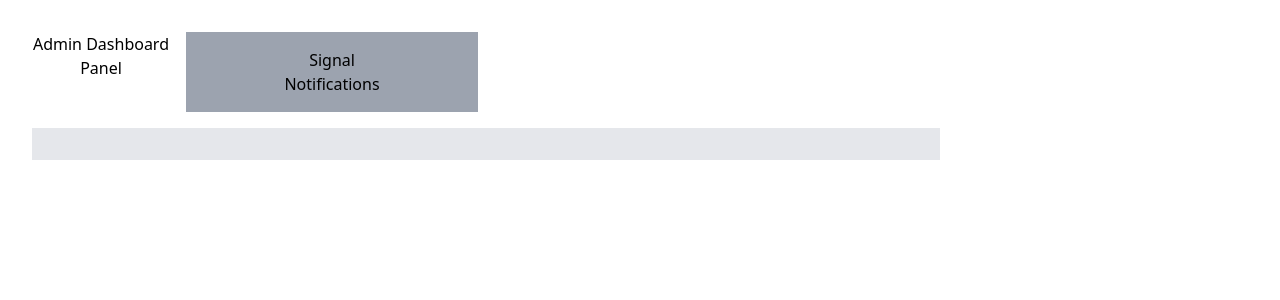
Repository: RahmanRakib9/Aurora-client-side
Page: /
The author's editor kept a copy of each file at every save. The page is drawn from the files as they stood at one save, then again after a run of saves.
The browser window is 1280 px wide. The pictures show the whole page.
The project was rebuilt for these pictures with package versions that can differ from the ones it lists, and the page was loaded fresh each time. Also part of the build but not shown: vite.config.js, src/components/home/Sidebar.jsx, src/components/home/Signal.jsx, src/components/home/Notification.jsx.

Above is the page before, as saved 2023-05-12 02:24:55.

After the next 3 saves:
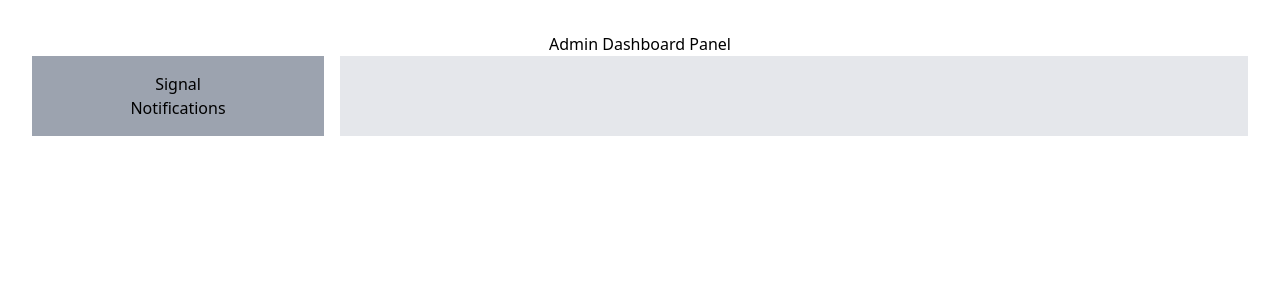
The 3 saves are shown as one change because they came seconds apart.
The last was saved 7 s later.
--- a/src/components/home/Home.jsx
+++ b/src/components/home/Home.jsx
@@ -5,9 +5,8 @@ import { Link, NavLink } from "react-router-dom";
 const Home = () => {
   return (
     <div>
+      <h1>Admin Dashboard Panel</h1>
       <div className="grid grid-cols-8 gap-4">
-        <h1>Admin Dashboard Panel</h1>
-
         <div className="col-span-8 md:col-span-2 bg-gray-400 p-4">
           <NavLink
             to="/signal"
